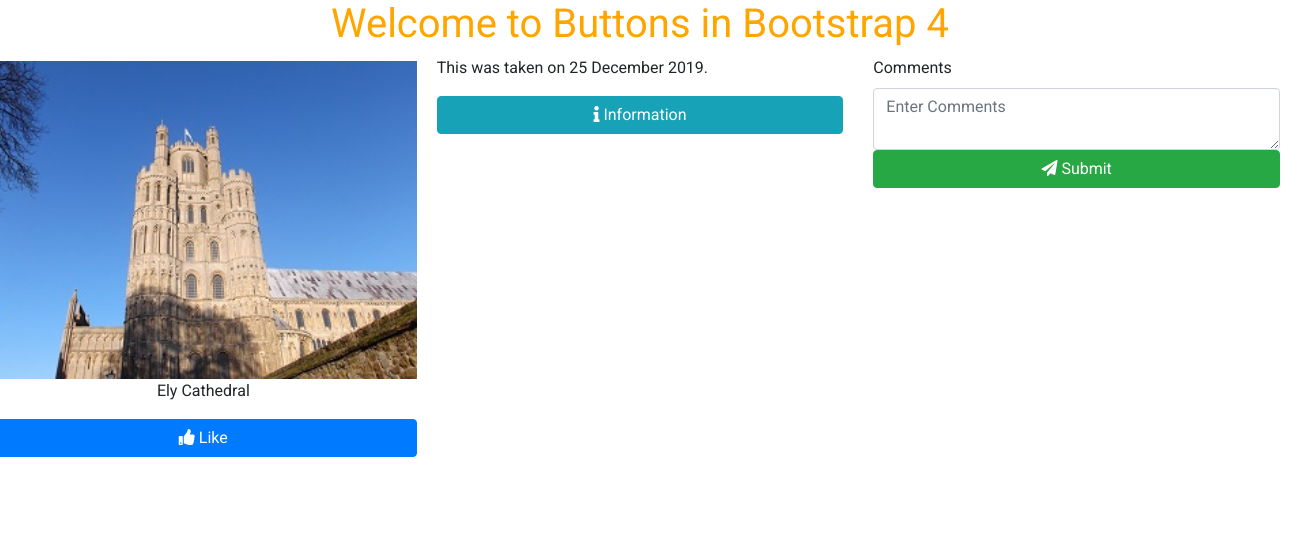
Repository: derektypist/buttons-in-bootstrap-4
Page: index.html
The author's editor kept a record of every edit. The page is drawn from the files as they stood at one moment, then again after the next edit.
The browser window is 1280 px wide. The page is 1295 px wide, so the pictures cover 1295 px, including what lies to the right of the window. The pictures show the whole page.
Some web libraries are served in a nearby version.

Above is the page before.

### index.html
<!DOCTYPE html>
<html lang="en">

<head>
    <meta charset="UTF-8">
    <meta name="viewport" content="width=device-width, initial-scale=1.0">
    <meta http-equiv="X-UA-Compatible" content="ie=edge">
    <title>Buttons in Bootstrap 4</title>
    <!-- Load Style Sheets -->
    <link rel="stylesheet" href="https://maxcdn.bootstrapcdn.com/bootstrap/4.4.1/css/bootstrap.min.css" integrity="sha384-Vkoo8x4CGsO3+Hhxv8T/Q5PaXtkKtu6ug5TOeNV6gBiFeWPGFN9MuhOf23Q9Ifjh" crossorigin="anonymous">
    <link rel="stylesheet" href="https://use.fontawesome.com/releases/v5.8.1/css/all.css" integrity="sha384-50oBUHEmvpQ+1lW4y57PTFmhCaXp0ML5d60M1M7uH2+nqUivzIebhndOJK28anvf" crossorigin="anonymous">
    <link href="https://fonts.googleapis.com/css?family=Roboto&display=swap" rel="stylesheet">
    <link rel="stylesheet" href="style.css">
</head>

<body>
    <!-- Set up Heading -->
    <h1>Welcome to Buttons in Bootstrap 4</h1>
    <!-- Set Up Section -->
    <section>
        <!-- Set Up Article -->
        <article class="row">
            <article class="col-sm-4 mypadding">
                <!-- Display Image -->
                <figure>
                    <img src="images/ely-cathedral.JPG" alt="Ely Cathedral" class="img-fluid">
                    <figcaption class="text-center">Ely Cathedral</figcaption>
                </figure>
                <!-- Create Button -->
                <button class="btn btn-primary btn-block"><i class="fas fa-thumbs-up"></i> Like</button>

            </article>

            <!-- Set Up Article -->
            <article class="col-sm-4">
                <p>This was taken on 25 December 2019.</p>
                <!-- Create Button -->
                <button class="btn btn-info btn-block"><i class="fas fa-info"></i> Information</button>
            </article>

            <!-- Set Up Article -->
            <article class="col-sm-4">
                <!-- Set Up Form for Comments -->
                <form>
                    <label for="comments">Comments</label>
                    <textarea class="form-control" placeholder="Enter Comments" id="comments"></textarea>
                    <button type="submit" class="btn btn-success btn-block"><i class="fa fa-paper-plane"></i> Submit</button>
                </form>
            </article>
        </article>
    </section>
</body>

</html>

### style.css
/* Body */
body {
    font-family: "Roboto", Arial, Verdana, sans-serif;
}

/* Heading H1 */
h1 {
    text-align: center;
    color: orange;
}

/* Images */
img {
    display: block;
    margin: auto;
    width: 100%;
}

.mypadding {
    padding: 5px;
}

After the next edit:
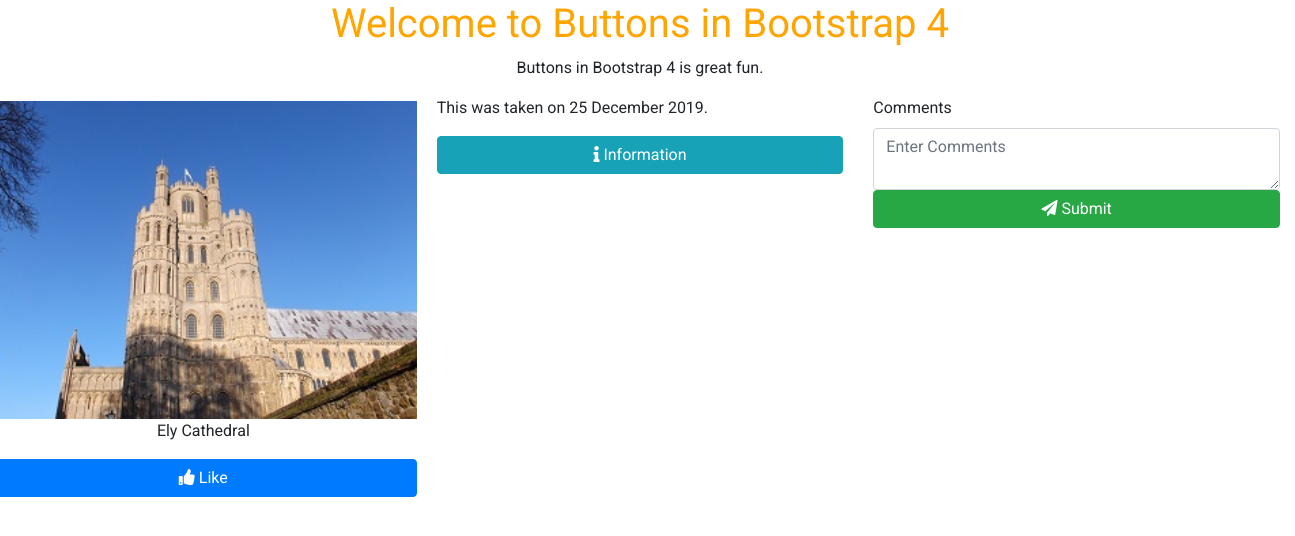
The edit:
--- a/index.html
+++ b/index.html
@@ -16,6 +16,7 @@
 <body>
     <!-- Set up Heading -->
     <h1>Welcome to Buttons in Bootstrap 4</h1>
+    <p class="text-center">Buttons in Bootstrap 4 is great fun.</p>
     <!-- Set Up Section -->
     <section>
         <!-- Set Up Article -->
